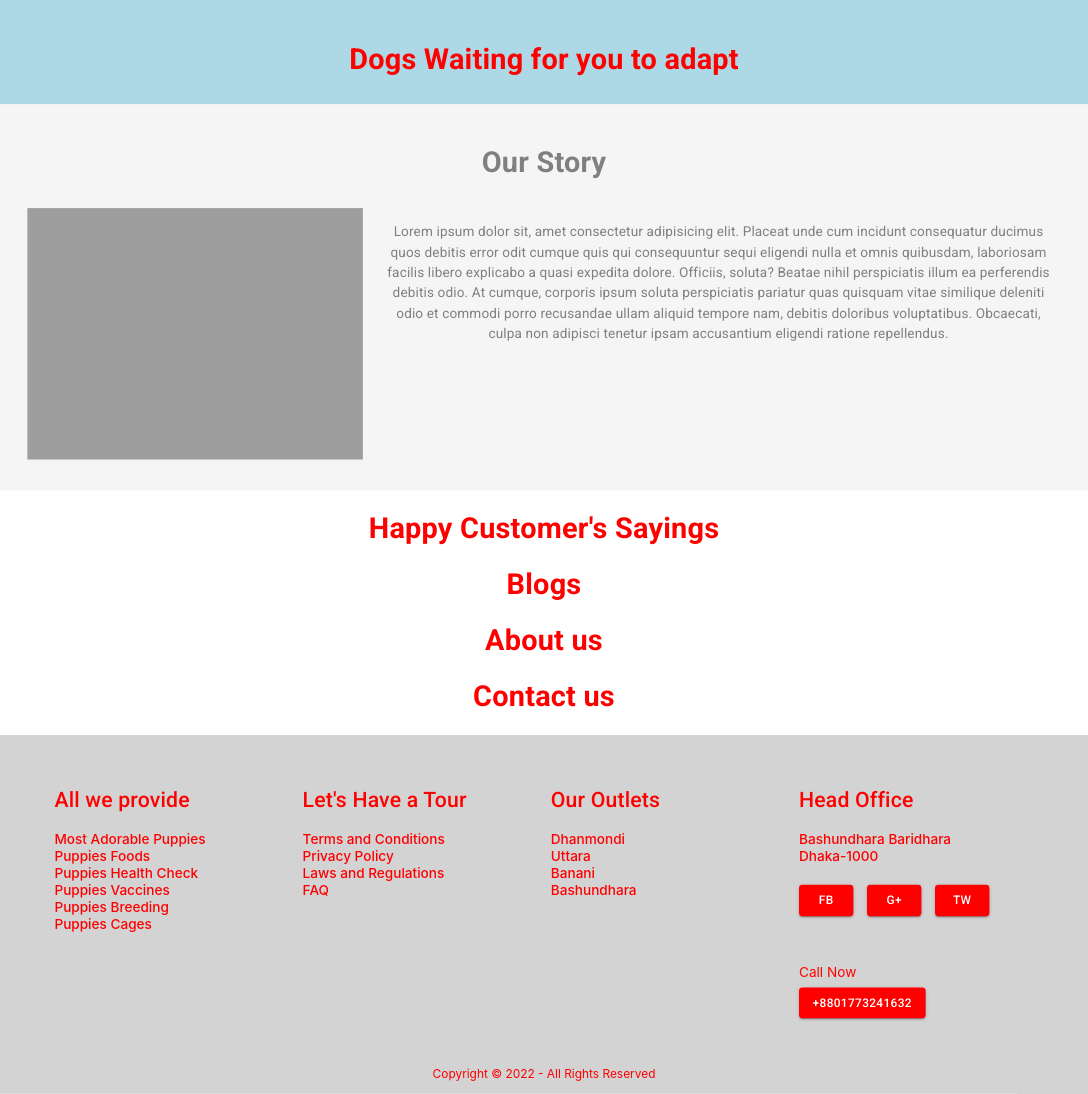
Repository: Sharif-00112/dogos-paradise-client
Page: /
The author's editor kept a copy of each file at every save. The page is drawn from the files as they stood at one save, then again after the next save.
The browser window is 1280 px wide. The pictures show the part of the page from y = 1041 to 2328 px (the page is 2328 px tall), at 85% of full size.
Pictures or frames that could not be fetched are drawn as grey boxes. The page's requests for data from a server got no answer. The project was rebuilt for these pictures with package versions that can differ from the ones it lists, and the page was loaded fresh each time. Some packages were replaced by stand-ins written for this rebuild. No one was signed in, and anything a server would have sent is missing. Also part of the build but not shown: src/Pages/Home/Dog/Dog.js, src/Pages/Login/Login/Login.js, src/Pages/Login/Register/Register.js, src/Pages/NotFound/NotFound.js.

Above is the page before, as saved 2022-12-05 22:29:49.

After the next save:
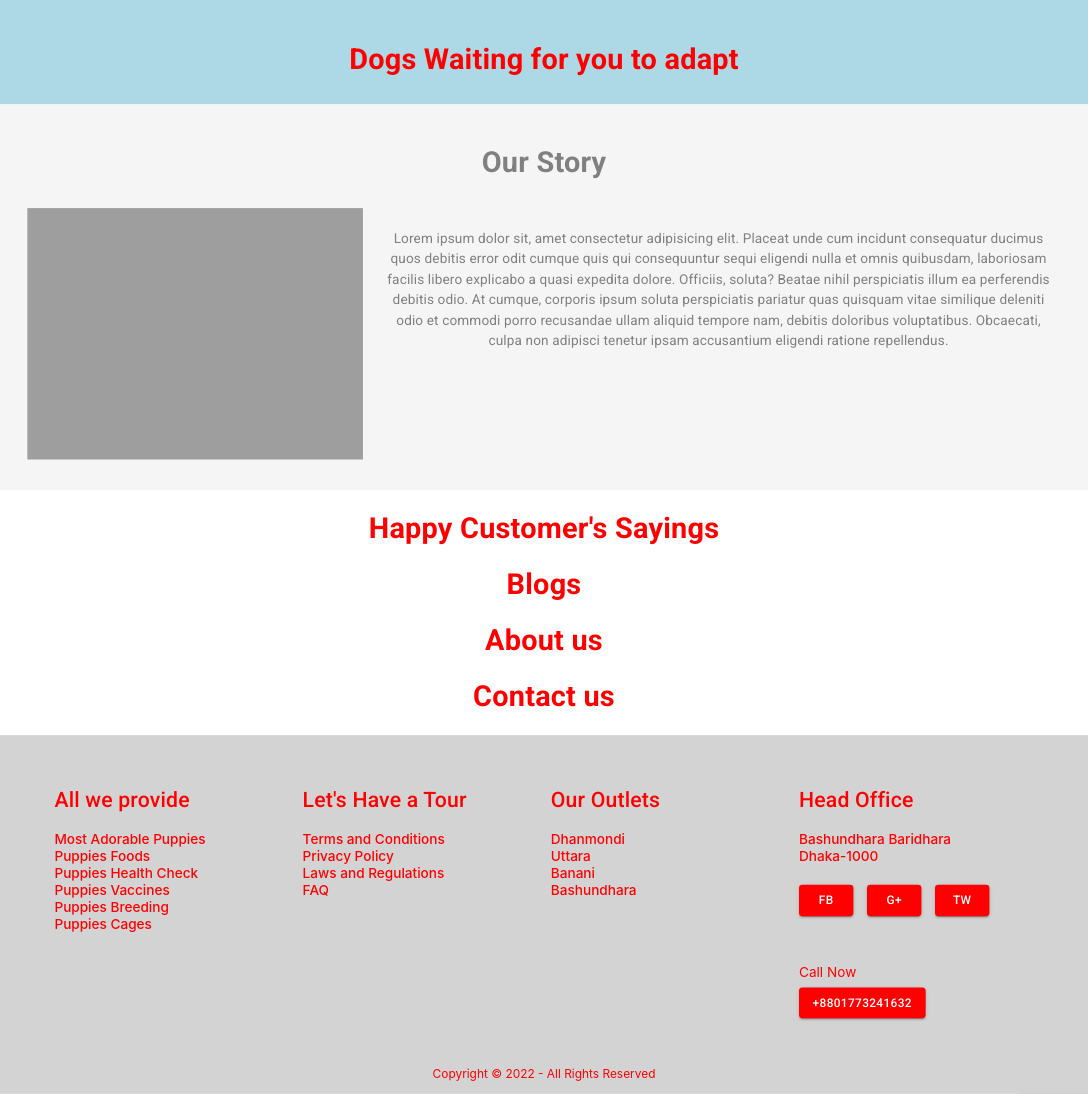
Saved 13 s later.
--- a/src/Pages/Home/Story/Story.js
+++ b/src/Pages/Home/Story/Story.js
@@ -16,7 +16,7 @@ const Story = () => {
                         <img style={{ width: '100%'}} src="https://i.ibb.co/M8w31YS/dog-story.jpg" alt="dog-story" />
                     </Grid>
                     <Grid xs={6} md={8}>
-                        <Typography sx={{ mx: 1, my:2, color: 'gray', fontWeight: 400 }} variant="body1" component="div">
+                        <Typography sx={{ mx: 1, my:3, color: 'gray', fontWeight: 400 }} variant="body1" component="div">
                             Lorem ipsum dolor sit, amet consectetur adipisicing elit. Placeat unde cum incidunt consequatur ducimus quos debitis error odit cumque quis qui consequuntur sequi eligendi nulla et omnis quibusdam, laboriosam facilis libero explicabo a quasi expedita dolore. Officiis, soluta? Beatae nihil perspiciatis illum ea perferendis debitis odio. At cumque, corporis ipsum soluta perspiciatis pariatur quas quisquam vitae similique deleniti odio et commodi porro recusandae ullam aliquid tempore nam, debitis doloribus voluptatibus. Obcaecati, culpa non adipisci tenetur ipsam accusantium eligendi ratione repellendus.
                         </Typography>
                     </Grid>
